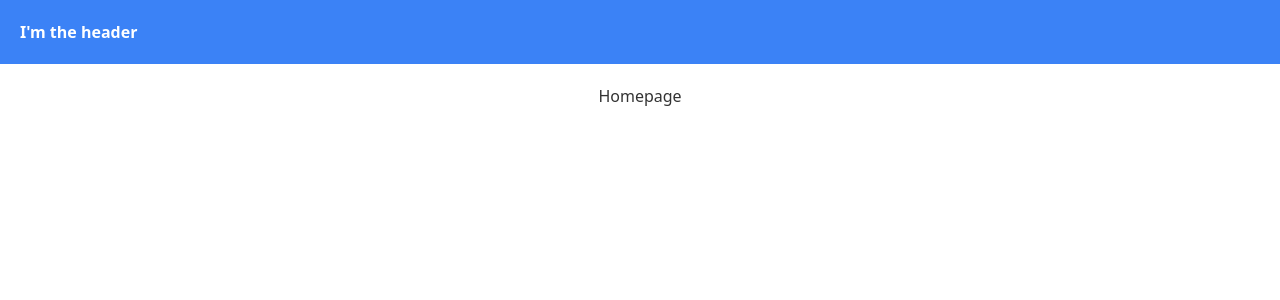
Repository: nourHellani/next-js-13
Page: /
The author's editor kept a copy of each file at every save. The page is drawn from the files as they stood at one save, then again after a run of saves.
The browser window is 1280 px wide. The pictures show the whole page.
The project was rebuilt for these pictures with package versions that can differ from the ones it lists, and the page was loaded fresh each time. The framework's server and built-in components were replaced by stand-ins that run in the browser. Also part of the build but not shown: next.config.js.

Above is the page before, as saved 2023-01-29 21:30:29.

### app/layout.tsx
import '../styles/globals.css'
import Header from './Header'
export default function RootLayout({
  children,
}: {
  children: React.ReactNode
}) {
  return (
    <html>
      <head>
        <title>Next JS 13</title>
      </head>
      <body>
        <Header />
        {children}
      </body>
    </html>
  )
}

### app/page.tsx
import React from 'react'
import Link from 'next/link';

function Home () {
  return (
    <div>
        <h1 className="text-center text-[#333] p-5">Homepage</h1>

      </div>
  )
}

export default Home;

### app/Header.tsx
import React from 'react'

function Header() {
  return (
    <header className='p-5 bg-blue-500'>
      <p className='font-bold text-white'>I'm the header</p>
    </header>
  )
}

export default Header;

Loaded but not shown: styles/globals.css (common file); tailwind.config.js (common file)

After the next 4 saves:
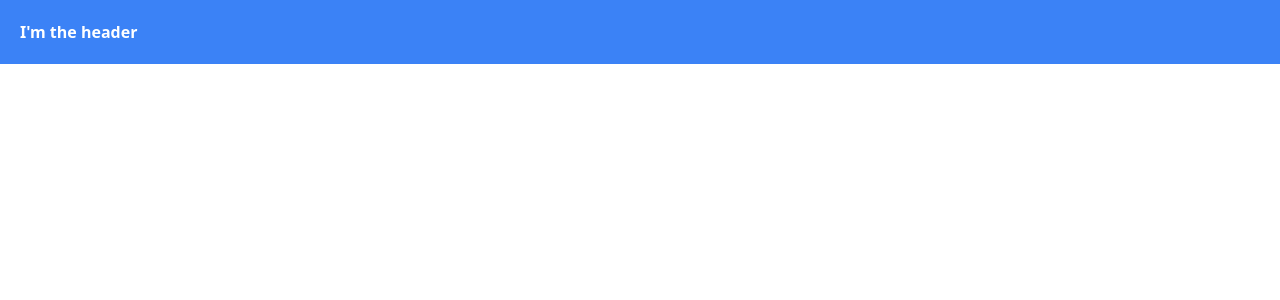
The 4 saves are shown as one change because they came seconds apart.
The last was saved 4 min 7 s later.
--- a/app/page.tsx
+++ b/app/page.tsx
@@ -4,8 +4,7 @@ import Link from 'next/link';
 function Home () {
   return (
     <div>
-        <h1 className="text-center text-[#333] p-5">Homepage</h1>
-
+        <h1></h1>
       </div>
   )
 }
